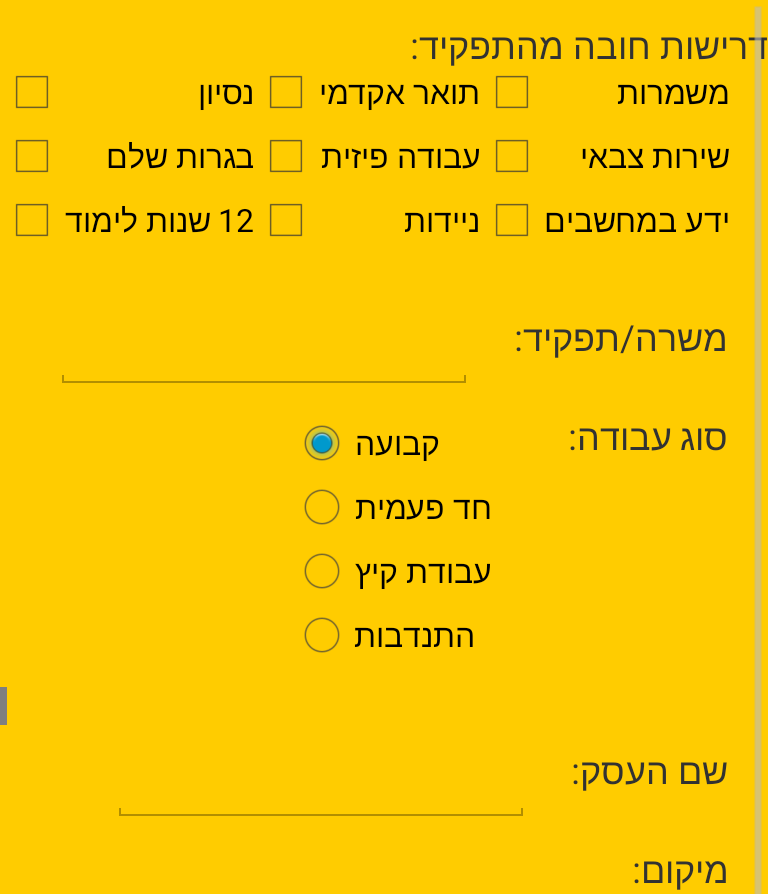
Repository: rodi055/jobli
Layout: Jobli/res/layout/fragment_create_job.xml
An editor plug-in stored every save of this project. The layout is shown before and after the next save, followed by the edit.
The pictures show rows 0 to 894 of an output 1280 px tall.
Pictures or frames that could not be fetched are drawn as grey boxes. It is drawn on a 768 x 1280 px phone screen (xhdpi) without system bars, with theme AppTheme; the app's code is not run. The app's manifest (not shown) leaves right-to-left support off. So textAlignment, textDirection and layoutDirection are ignored, and left and right values win over start and end ones.

Above is the layout before, as saved 2015-01-03 12:45:45.

After the next save:
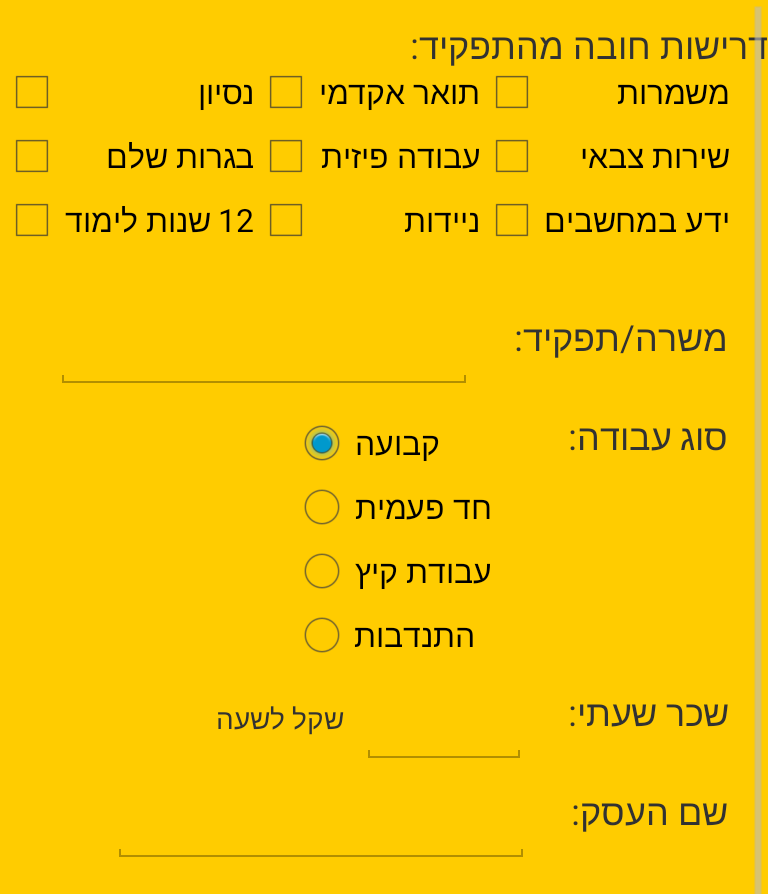
Saved 23 s later.
--- a/Jobli/res/layout/fragment_create_job.xml
+++ b/Jobli/res/layout/fragment_create_job.xml
@@ -17,8 +17,8 @@
             <RelativeLayout
                 android:layout_width="wrap_content"
                 android:layout_height="0dp"
-                android:layout_marginTop="10dp"
-                android:layout_weight="0.56" >
+                android:layout_weight="0.56"
+                  android:layout_marginTop="10dp" >
 
                 <TextView
                     android:id="@+id/textView10"
@@ -268,51 +268,45 @@
                 </RadioGroup>
             </RelativeLayout>
 
-            <fragment
-                android:id="@+id/aaa"
-                android:layout_width="wrap_content"
-                android:layout_height="wrap_content"
-                android:layout_marginTop="10dp" >
-
-                <RelativeLayout
-                    android:layout_width="wrap_content"
-                    android:layout_height="wrap_content" >
-
-                    <TextView
-                        android:id="@+id/textView8"
-                        android:layout_width="wrap_content"
-                        android:layout_height="wrap_content"
-                        android:layout_alignParentEnd="true"
-                        android:layout_alignParentRight="true"
-                        android:layout_alignParentTop="true"
-                        android:layout_marginEnd="20dp"
-                        android:layout_marginRight="20dp"
-                        android:text="שכר שעתי:"
-                        android:textSize="18sp" />
-
-                    <EditText
-                        android:id="@+id/editText8"
-                        android:layout_width="wrap_content"
-                        android:layout_height="wrap_content"
-                        android:layout_alignTop="@+id/textView8"
-                        android:layout_marginEnd="20dp"
-                        android:layout_marginRight="20dp"
-                        android:layout_toLeftOf="@+id/textView8"
-                        android:ems="4"
-                        android:inputType="numberDecimal"
-                        android:maxLines="1"
-                        android:singleLine="true" />
-
-                    <TextView
-                        android:id="@+id/textView9"
-                        android:layout_width="wrap_content"
-                        android:layout_height="wrap_content"
-                        android:layout_alignBottom="@+id/textView8"
-                        android:layout_marginRight="8dp"
-                        android:layout_toLeftOf="@+id/editText8"
-                        android:text="שקל לשעה" />
-                </RelativeLayout>
-            </fragment>
+            <RelativeLayout
+                android:layout_width="wrap_content"
+                android:layout_height="wrap_content"
+                android:layout_marginTop="10dp" >
+
+                <TextView
+                    android:id="@+id/textView8"
+                    android:layout_width="wrap_content"
+                    android:layout_height="wrap_content"
+                    android:layout_alignParentEnd="true"
+                    android:layout_alignParentRight="true"
+                    android:layout_alignParentTop="true"
+                    android:layout_marginEnd="20dp"
+                    android:layout_marginRight="20dp"
+                    android:text="שכר שעתי:"
+                    android:textSize="18sp" />
+
+                <EditText
+                    android:id="@+id/editText8"
+                    android:layout_width="wrap_content"
+                    android:layout_height="wrap_content"
+                    android:layout_alignTop="@+id/textView8"
+                    android:layout_marginEnd="20dp"
+                    android:layout_marginRight="20dp"
+                    android:layout_toLeftOf="@+id/textView8"
+                    android:ems="4"
+                    android:inputType="numberDecimal"
+                    android:maxLines="1"
+                    android:singleLine="true" />
+
+                <TextView
+                    android:id="@+id/textView9"
+                    android:layout_width="wrap_content"
+                    android:layout_height="wrap_content"
+                    android:layout_alignBottom="@+id/textView8"
+                    android:layout_marginRight="8dp"
+                    android:layout_toLeftOf="@+id/editText8"
+                    android:text="שקל לשעה" />
+            </RelativeLayout>
 
             <RelativeLayout
                 android:layout_width="wrap_content"
